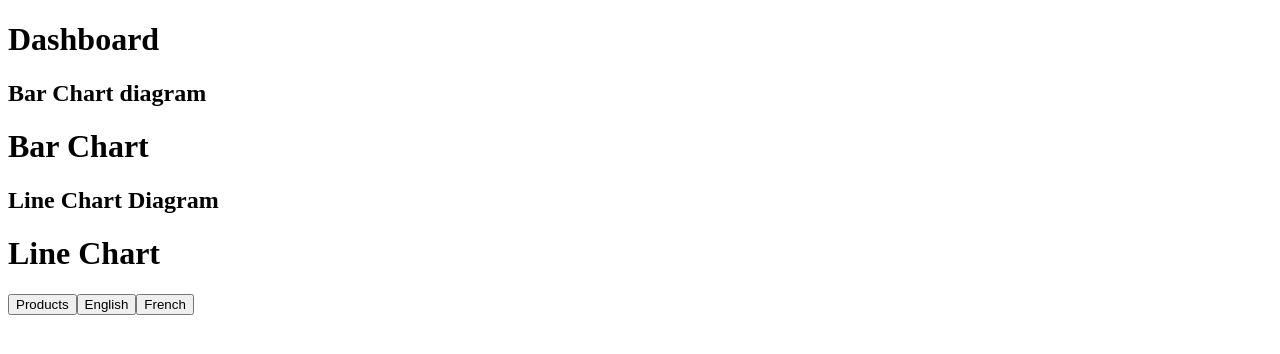
Repository: Mbote-Joseph/Nextjs-Learning
Page: /dashboard
These files come from the project's save history. The page is drawn as it stood at one moment and after the next save; the edit follows.
The browser window is 1280 px wide. The pictures show the whole page.
The project was rebuilt for these pictures with package versions that can differ from the ones it lists, and the page was loaded fresh each time. The framework's server and built-in components were replaced by stand-ins that run in the browser. Also part of the build but not shown: next.config.mjs.

Above is the page before, as saved 2024-09-15 08:35:44.

After the next save:
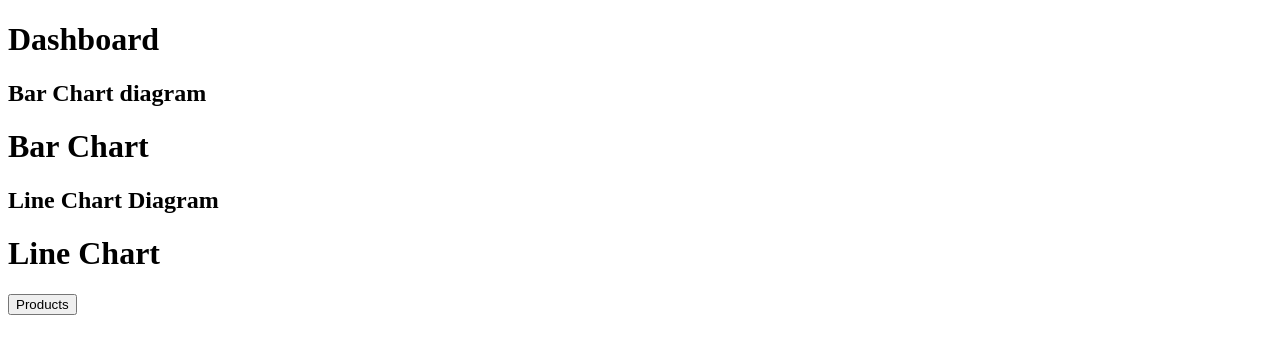
Saved 26 s later.
--- a/src/app/dashboard/page.tsx
+++ b/src/app/dashboard/page.tsx
@@ -1,7 +1,7 @@
 'use client'
 
 import { useRouter } from 'next/navigation';
-import { usePathname } from 'next/navigation'
+
 
 import LineChart from './line-chart';
 
@@ -13,15 +13,6 @@ function BarChart(){
 
 export default function Dashboard(){
     const router = useRouter();
-
-    const pathname = usePathname()
-
-  function switchLocale(locale: string) {
-    // e.g. '/en/about' or '/fr/contact'
-    const newPath = `/${locale}${pathname}`
-    window.history.replaceState(null, '', newPath)
-  }
-
     return (
         <>
         <h1>Dashboard</h1>
@@ -33,9 +24,6 @@ export default function Dashboard(){
 
 
         <button type='button' onClick={()=>router.push('/products')}>Products</button>
-
-        <button onClick={() => switchLocale('en')}>English</button>
-      <button onClick={() => switchLocale('fr')}>French</button>
         </>
     )
 }
